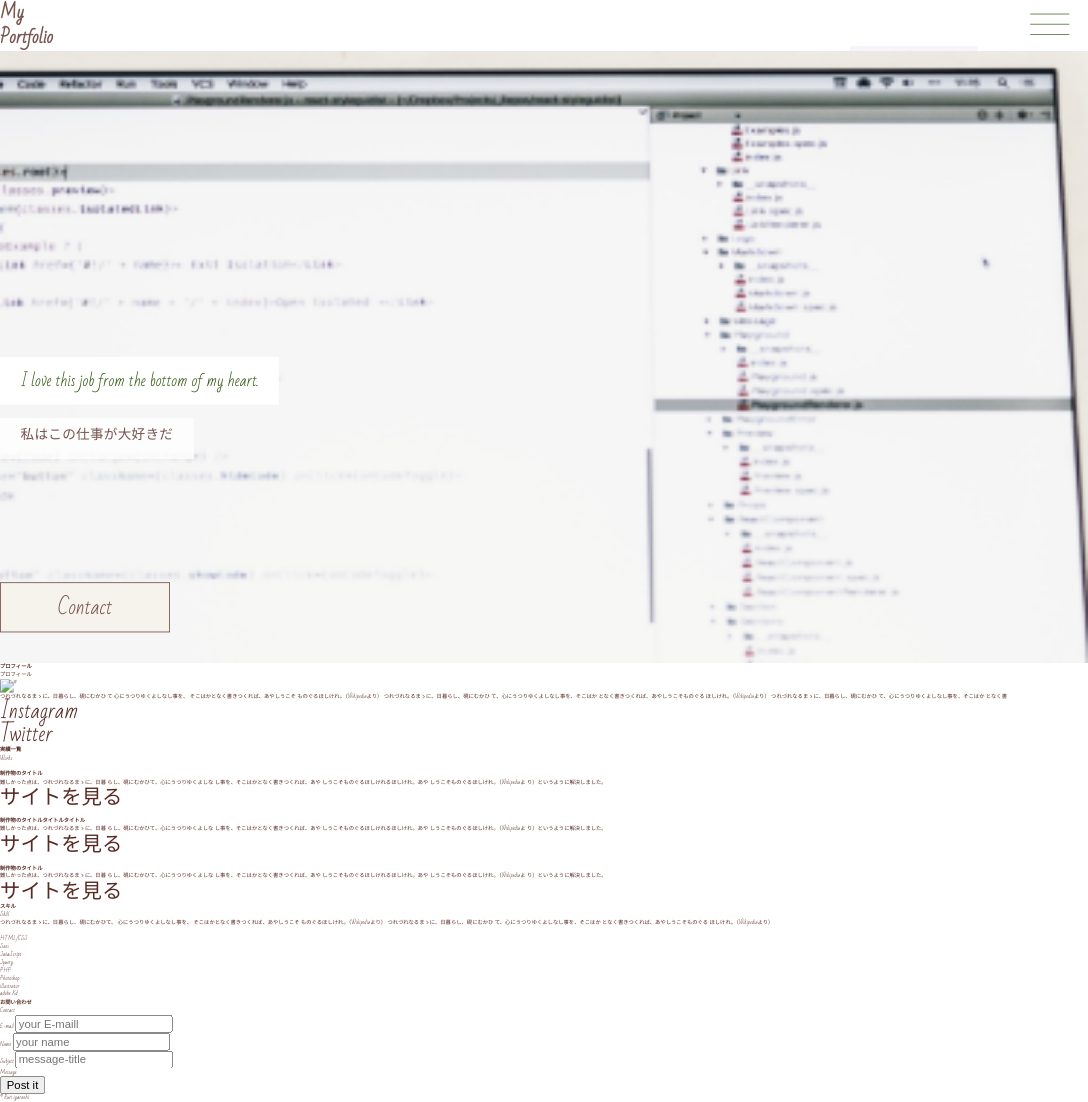
Repository: ppmp556/igarashi.kakuu
Page: index.html
The author's editor kept a copy of each file at every save. The page is drawn from the files as they stood at one save, then again after the next save.
The browser window is 1280 px wide. The pictures show the whole page, at 85% of full size.
Some web libraries are served in a nearby version. The style sheet was rebuilt from its Sass, Less or Tailwind sources for each picture, by a compiler version that may differ from the author's.

Above is the page before, as saved 2020-10-22 12:38:08.
Console error: TypeError: Cannot read properties of null (reading 'addEventListener')

After the next save:
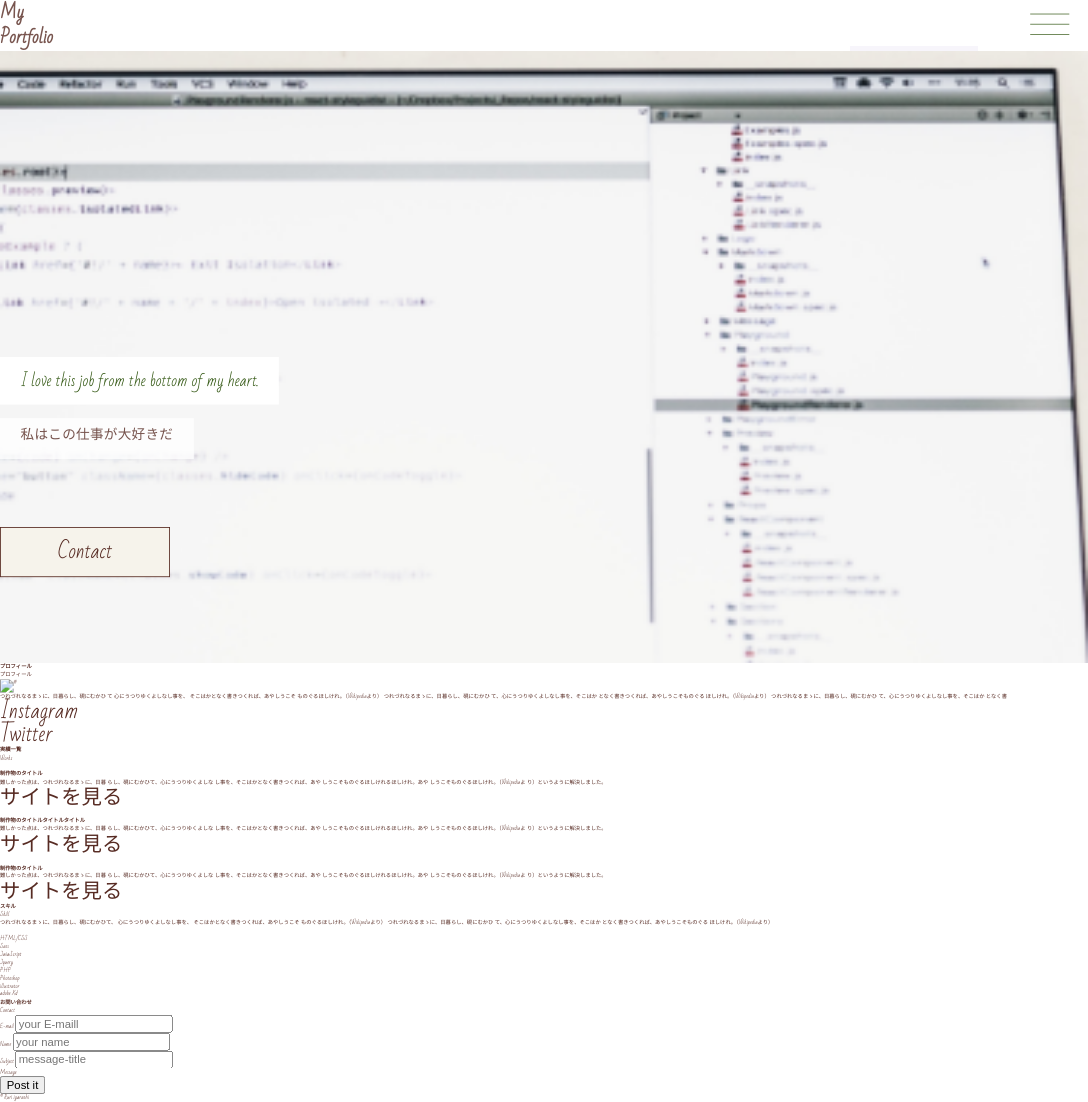
Saved 44 s later.
--- a/scss/style.scss
+++ b/scss/style.scss
@@ -327,12 +327,12 @@ kv
 .contact_box {
     display: block;
     position: absolute;
-    bottom: 5%;
+    bottom: 14%;
     width: 20rem;
     line-height: 45px;
     // margin-top: auto;
 
-    opacity: 0.8;
+    opacity: 1;
     border: 1px solid $cColor;
     text-align: center;
     background-color: $cBgColor;
